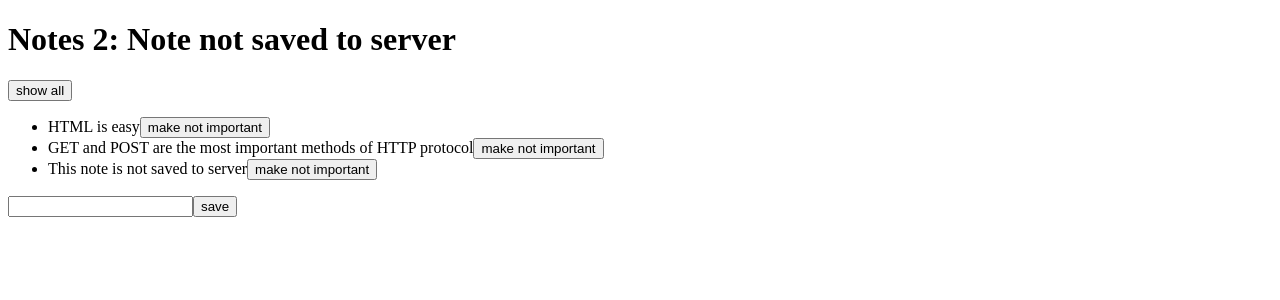
Repository: mariocapitbrok/helsinki-fullstack
Page: / (app in part2/)
The author's editor kept a copy of each file at every save. The page is drawn from the files as they stood at one save, then again after the next save.
The browser window is 1280 px wide. The pictures show the whole page.
The project was rebuilt for these pictures with package versions that can differ from the ones it lists, and the page was loaded fresh each time. Requests to the local data server were answered from the project's data file.

Above is the page before, as saved 2022-02-10 07:11:37.

### part2/src/App.js
import React, { useState, useEffect } from 'react'
import Note from './components/Note'
import noteService from './services/notes'

const App = () => {
  const [notes, setNotes] = useState([])
  const [newNote, setNewNote] = useState('')
  const [showAll, setShowAll] = useState(false)

  useEffect(() => {
    noteService.getAll().then((initialNotes) => {
      setNotes(initialNotes)
    })
  }, [])

  const toggleImportanceOf = (id) => {
    const note = notes.find((note) => note.id === id)
    const changedNote = { ...note, important: !note.important }

    noteService
      .update(id, changedNote)
      .then((returnedNote) => {
        setNotes(notes.map((note) => (note.id !== id ? note : returnedNote)))
      })
      .catch((error) => {
        alert(`the note '${note.content}' was already deleted from server`)
        setNotes(notes.filter((n) => n.id !== id))
      })
  }

  const addNote = (event) => {
    event.preventDefault()
    const noteObject = {
      content: newNote,
      date: new Date(),
      important: Math.random() > 0.5,
    }

    noteService.create(noteObject).then((returnedNote) => {
      setNotes([...notes, returnedNote])
      setNewNote('')
    })
  }

  const handleNoteChange = (event) => {
    //console.log(event.target.value)
    setNewNote(event.target.value)
  }

  const notesToShow = showAll ? notes : notes.filter((note) => note.important)

  return (
    <div>
      <h1>Notes 2: Note not saved to server</h1>
      <div>
        <button onClick={() => setShowAll(!showAll)}>
          show {showAll ? 'important' : 'all'}
        </button>
      </div>
      <ul>
        {notesToShow.map((note) => (
          <Note
            key={note.id}
            note={note}
            toggleImportance={() => toggleImportanceOf(note.id)}
          />
        ))}
      </ul>
      <form onSubmit={addNote}>
        <input value={newNote} onChange={handleNoteChange} />
        <button type="submit">save</button>
      </form>
    </div>
  )
}

export default App

### part2/src/components/Note.js
import React from 'react'

const Note = ({ note, toggleImportance }) => {
  const label = note.important ? 'make not important' : 'make important'
  return (
    <li>
      {note.content}
      <button onClick={toggleImportance}>{label}</button>
    </li>
  )
}

export default Note

### part2/src/services/notes.js
import axios from 'axios'
const baseUrl = 'http://localhost:3001/notes'

const getAll = () => {
  const request = axios.get(baseUrl)
  const nonExisting = {
    id: 10000,
    content: 'This note is not saved to server',
    date: '2009-05-30T17:30:31.098Z',
    important: true,
  }
  return request.then((response) => response.data.concat(nonExisting))
}

const create = (newObject) => {
  const request = axios.post(baseUrl, newObject)
  return request.then((response) => response.data)
}

const update = (id, newObject) => {
  const request = axios.put(`${baseUrl}/${id}`, newObject)
  return request.then((response) => response.data)
}

export default { getAll, create, update }

Loaded but not shown: part2/public/index.html (common file); part2/src/index.js (common file); part2/db.json (common file)

After the next save:
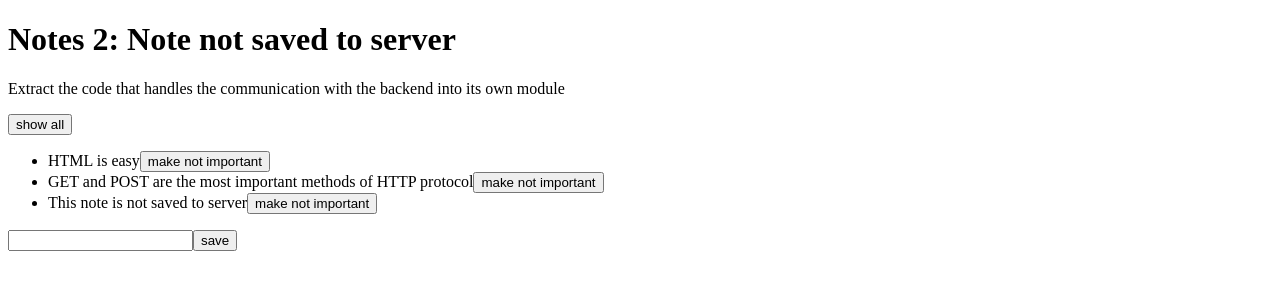
Saved 4 min 19 s later.
--- a/part2/src/App.js
+++ b/part2/src/App.js
@@ -52,6 +52,10 @@ const App = () => {
   return (
     <div>
       <h1>Notes 2: Note not saved to server</h1>
+      <p>
+        Extract the code that handles the communication with the backend into
+        its own module
+      </p>
       <div>
         <button onClick={() => setShowAll(!showAll)}>
           show {showAll ? 'important' : 'all'}
